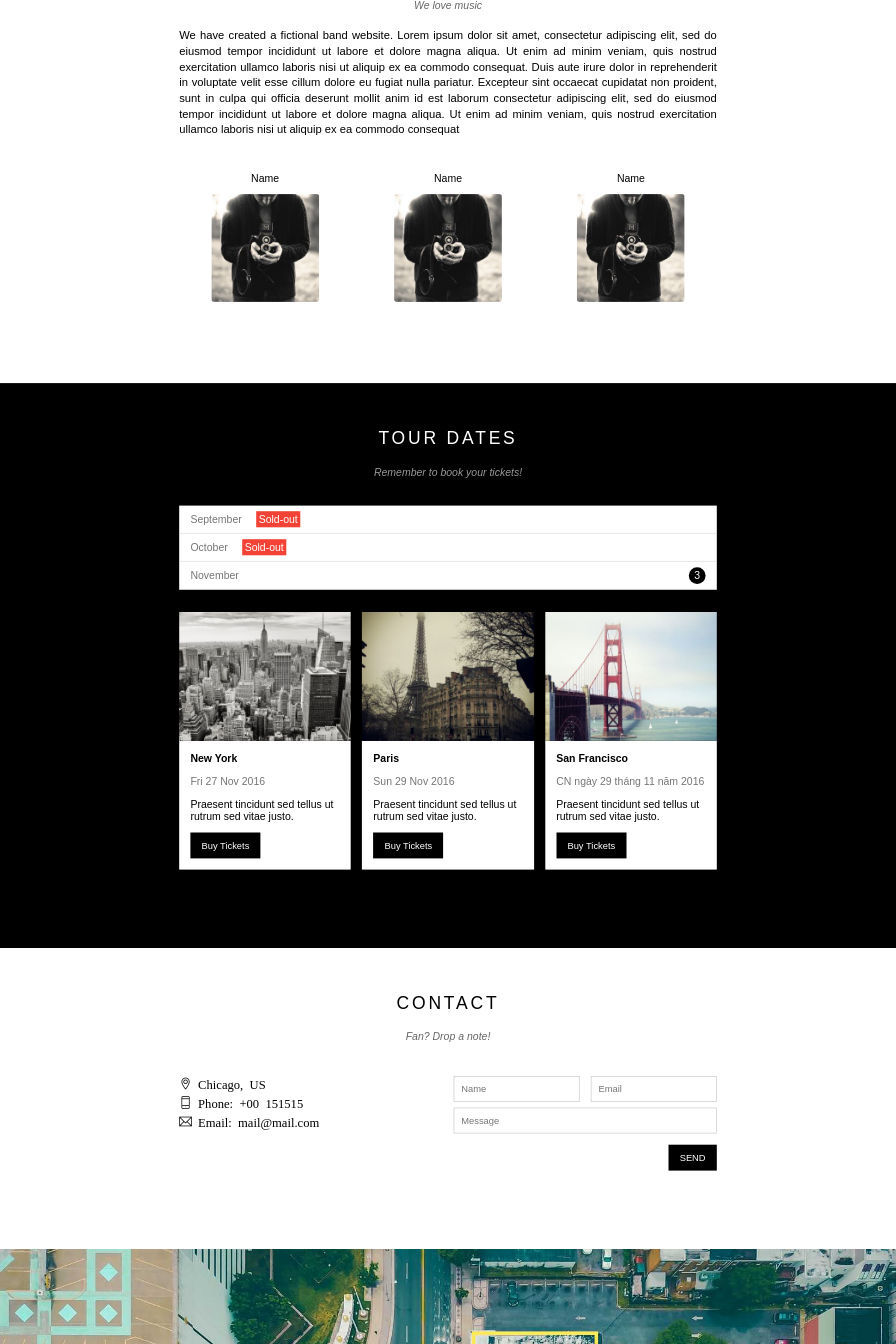
Repository: BillLee2000/w3-band
Page: index.html
An editor plug-in stored every save of this project. The page is shown before and after the next save, followed by the edit.
The browser window is 1280 px wide. The pictures show the part of the page from y = 805 to 2725 px (the page is 3503 px tall before and 3883 px after), at 70% of full size.

Above is the page before, as saved 2021-12-16 06:21:36.

### index.html
<!DOCTYPE html>
<html lang="en">

<head>
    <meta charset="UTF-8">
    <meta http-equiv="X-UA-Compatible" content="IE=edge">
    <meta name="viewport" content="width=device-width, initial-scale=1.0">
    <link rel="icon" href="./assets/favicon/download.jpg" type="image/x-icon" />
    <link rel="stylesheet" href="./assets/css/styles.css">
    <link rel="stylesheet" href="./assets/css/responsive.css">
    <link rel="stylesheet" href="./assets/fonts/themify-icons/themify-icons.css">
    <title>The band</title>
</head>

<body>
    <div id="main">
        <div id="header">
            <ul id="nav">
                <!-- ul#nav>li*5>a -->
                <li><a href="#">Home</a></li>
                <li><a href="#band">Band</a></li>
                <li><a href="#tour">Tour</a></li>
                <li><a href="#contact">Contact</a></li>
                <li>
                    <a href="#">
                        More
                        <i class="down ti-angle-down"></i>
                    </a>
                    <ul class="subnav">
                        <li><a href="#">Merchandise</a></li>
                        <li><a href="#">Extras</a></li>
                        <li><a href="#">Media</a></li>
                    </ul>
                </li>
            </ul>
            <div id="mobile-menu" class="mobile-menu-btn">
                <i class="menu-icon ti-menu"></i>
            </div>
            <div class="search-btn">
                <i class="search-icon ti-search"></i>
            </div>
        </div>
        <div id="slide">
            <div class="text-content">
                <h2 class="text-heading">
                    Chicago
                </h2>
                <div class="text-decsription">
                    Thank you, Chicago - A night we won't forget.
                </div>
            </div>
        </div>
        <div id="content">
            <div id="band" class="content-section">
                <h2 class="section-heading">
                    THE BAND
                </h2>
                <p class="section-sub-heading">
                    We love music
                </p>
                <p class="about-text">
                    We have created a fictional band website. Lorem ipsum dolor sit amet, consectetur adipiscing elit,
                    sed do eiusmod tempor incididunt ut labore et dolore magna aliqua. Ut enim ad minim veniam, quis
                    nostrud exercitation ullamco laboris nisi ut aliquip ex ea commodo consequat. Duis aute irure dolor
                    in reprehenderit in voluptate velit esse cillum dolore eu fugiat nulla pariatur. Excepteur sint
                    occaecat cupidatat non proident, sunt in culpa qui officia deserunt mollit anim id est laborum
                    consectetur adipiscing elit, sed do eiusmod tempor incididunt ut labore et dolore magna aliqua. Ut
                    enim ad minim veniam, quis nostrud exercitation ullamco laboris nisi ut aliquip ex ea commodo
                    consequat
                </p>
                <div class="row nembers-list">
                    <div class="members-item col col-third text-center">
                        <p class="member-name">
                            Name
                        </p>
                        <img src="./assets/img/band/member1.jpg" alt="Name" class="member-img">
                    </div>
                    <div class="members-item col col-third text-center">
                        <p class="member-name">
                            Name
                        </p>
                        <img src="./assets/img/band/member1.jpg" alt="Name" class="member-img">
                    </div>
                    <div class="members-item col col-third text-center">
                        <p class="member-name">
                            Name
                        </p>
                        <img src="./assets/img/band/member1.jpg" alt="Name" class="member-img">
                    </div>
                    <div class="clear"></div>
                </div>
            </div>
            <div id="tour" class="tour-section">
                <div class="content-section">
                    <h2 class="section-heading text-white">
                        TOUR DATES
                    </h2>
                    <p class="section-sub-heading text-white">
                        Remember to book your tickets!
                    </p>
                    <ul class="stickets-list">
                        <li>September <span class="sold-out">Sold-out</span></li>
                        <li>October <span class="sold-out">Sold-out</span></li>
                        <li>November <span class="quantity">3</span></li>
                    </ul>
                    <div class="row places-list">
                        <div class="col col-third s-col-full mt-16">
                            <img src="./assets/img/places/place1.jpg" alt="New York" class="place-img">
                            <div class="place-content">
                                <h3 class="place-heading">
                                    New York
                                </h3>
                                <p class="place-time">
                                    Fri 27 Nov 2016
                                </p>
                                <p class="place-description">
                                    Praesent tincidunt sed tellus ut rutrum sed vitae justo.
                                </p>
                                <button class="btn js-buy-ticket">Buy Tickets</button>
                            </div>
                        </div>
                        <div class="col col-third s-col-full mt-16">
                            <img src="./assets/img/places/place2.jpg" alt="New York" class="place-img">
                            <div class="place-content">
                                <h3 class="place-heading">
                                    Paris
                                </h3>
                                <p class="place-time">
                                    Sun 29 Nov 2016
                                </p>
                                <p class="place-description">
                                    Praesent tincidunt sed tellus ut rutrum sed vitae justo.
                                </p>
                                <button class="btn js-buy-ticket">Buy Tickets</button>
                            </div>
                        </div>
                        <div class="col col-third s-col-full mt-16">
                            <img src="./assets/img/places/place3.jpg" alt="New York" class="place-img">
                            <div class="place-content">
                                <h3 class="place-heading">
                                    San Francisco
                                </h3>
                                <p class="place-time">
                                    CN ngày 29 tháng 11 năm 2016
                                </p>
                                <p class="place-description">
                                    Praesent tincidunt sed tellus ut rutrum sed vitae justo.
                                </p>
                                <button class="btn js-buy-ticket">Buy Tickets</button>
                            </div>
                        </div>
                        <div class="clear"></div>
                    </div>
                </div>
            </div>
            <div id="contact" class="content-section">
                <h2 class="section-heading">
                    CONTACT
                </h2>
                <p class="section-sub-heading">
                    Fan? Drop a note!
                </p>
                <div class="row contact-content">
                    <div class="col col-half contact-info">
                        <p><i class="ti-location-pin"> Chicago, US</i></p>
                        <p><i class="ti-mobile"> Phone: +00 151515</i></p>
                        <p><i class="ti-email"> Email: mail@mail.com</i></p>
                    </div>
                    <div class="col col-half contact-form">
                        <form action="">
                            <div class="row">
                                <div class="col col-half">
                                    <input placeholder="Name" type="text" name="" required id="" class="form-control">
                                </div>
                                <div class="col col-half">
                                    <input placeholder="Email" type="email" name="" required id="" class="form-control">
                                </div>

                            </div>
                            <div class="row mt-8">
                                <div class="col col-full">
                                    <input placeholder="Message" type="text" name="" required id=""
                                        class="form-control">
                                </div>
                            </div>
                            <input class="btn mt-16 pull-right" type="submit" value="SEND">
                        </form>
                    </div>
                </div>
            </div>
            <div class="map-section">
                <img src="./assets/img/map.jpg" alt="map">
            </div>

        </div>
        <div id="footer">
            <div class="social-list">
                <a href=""><i class="ti-facebook"></i></a>
                <a href=""><i class="ti-instagram"></i></a>
                <a href=""><i class="ti-youtube"></i></a>
                <a href=""><i class="ti-pinterest"></i></a>
                <a href=""><i class="ti-twitter"></i></a>
                <a href=""><i class="ti-linkedin"></i></a>
            </div>
            <p class="copyright">Powered by <a href="">w3.css</a></p>
        </div>
        <div class="modal js-modal">
            <div class="modal-container js-modal-container">
                <div class="modal-close js-modal-close">
                    <i class="ti-close"></i>
                </div>
                <header class="modal-header">
                    <i class="modal-heading-icon ti-bag"></i>
                    Tickets
                </header>
                <div class="modal-body">
                    <label for="tickets-quantity" class="modal-tickets">
                        <i class="ti-shopping-cart"></i>
                        Tickets, $15 per person
                    </label>
                    <input type="text" id="tickets-quantity" class="modal-input" placeholder="How many?">
                    <label for="tickets-email" class="modal-tickets">
                        <i class="ti-user"></i>
                        Send to
                    </label>
                    <input id="tickets-email" type="email" class="modal-input" placeholder="Enter email...">
                    <button id="buy-tickets">
                        Pay <i class="ti-check"></i>
                    </button>
                </div>
                <footer class="modal-footer">
                    <p class="modal-help">Need <a href="" class="">help?</a></p>
                </footer>
            </div>
        </div>
    </div>
    <script>
        const buyBtns = document.querySelectorAll('.js-buy-ticket') /* Lấy 3 giá trị của nut buy tickets đẩy vào buyBtns */
        const modal = document.querySelector('.js-modal') /* thêm class modal vào hằng */
        const modalClose = document.querySelector('.js-modal-close')
        const modalConainer = document.querySelector('.js-modal-container')
        function showBuyTicket() {
            /*  alert("Show") */ /* bật lên hộp thoại */
            modal.classList.add('open') /* add thêm class open vào sau modal bật của sổ hiển thị lên */
        }
        function hideBuyTicket() {
            /*  alert("Show") */ /* bật lên hộp thoại */
            modal.classList.remove('open') /* remove class open vào sau modal close để đóng cửa sổ hiển thị */
        }
        for (const buyBtn of buyBtns) {/* Vòng lặp cho từng nút(button) chạy 3 lần */
            buyBtn.addEventListener('click', showBuyTicket)/* Khi click vào ô buyTickKets sẽ chuyển đến hàm show.. */
        }
        modalClose.addEventListener('click', hideBuyTicket)
        modal.addEventListener('click', hideBuyTicket)
        modalConainer.addEventListener('click', function (event) {
            event.stopPropagation() //ngừng event nổi bọt lại
        })
    </script>
    <script>
        var header = document.getElementById('header');
        var mobileMenu = document.getElementById('mobile-menu');
        /* console.log(mobileMenu) */
        var headerHeight = header.clientHeight;
        // Dong mo mobile menu
        mobileMenu.onclick = function (){
            /* alert('Thong Bao'); */
            var isClosed = header.clientHeight === headerHeight;
            if (isClosed) {
                header.style.height = 'auto';
            }else{
                header.style.height = null;
            }
        }
        //tu dong dong khi chon menu
        var menuItems = document.querySelectorAll('#nav li a[href*="#"]');
        /* console.log(menuItems); */
        for (var i = 0;i<menuItems.length;i++){
            var menuItem = menuItems[i];
            menuItem.onclick = function(event){
                var isParentMenu = this.nextElementSibling && this.nextElementSibling.classList.contains('subnav');
                if(isParentMenu){
                    event.preventDefault();
                }else{
                    header.style.height = null;
                }
            }
        }
    </script>
</body>

</html>

### assets/css/styles.css
/* reset css */

* {
    padding: 0;
    margin: 0;
    box-sizing: border-box;
}

html {
    scroll-behavior: smooth; /* //hành động cuộn */
    font-family: Arial, Helvetica, sans-serif;
    /* font chu in dam */
}

#main {}

.text-white{
    color: #fff !important;
}
.row{
    margin-left: -8px;
    margin-right: -8px;
}
.row::after {
    content: "";
    display: block;
    clear: both;
}
.mt-8{
    margin-top: 8px !important;
}
.mt-16{
    margin-top: 16px !important;
}
.col {
    float: left;
    padding-left: 8px;
    padding-right: 8px;
}
.col-half{
    width: 50%;
}
.col-third{
    width: 33.33333%;
}
.col-full {
    width: 100%;
}
.text-center {
    text-align: center !important;
}

#header {
    height: 46px;
    background-color: black;
    position: fixed;
    top: 0;
    left: 0;
    right: 0;
    z-index: 1;
}
#header .mobile-menu-btn {
    position: absolute;
    top: 0;
    right: 0;
    display: none;
}
#header .mobile-menu-btn,
#header .search-btn {
    float: right;
    padding: 0 21px;
}
#header .mobile-menu-btn:hover {
    background-color: #ccc;
}
#header .mobile-menu-btn:hover .menu-icon {
    color: #000;
}
#header .search-btn:hover {
    background-color: #f44336;
    cursor: pointer;
}
#header .menu-icon,
#header .search-icon {
    color: #fff;
    line-height: 46px;
}

#nav {
    display: inline-block;
}

#nav>li {
    display: inline-block;
}

#nav li {
    position: relative;
}

#nav .down {
    font-size: 14px;
}

#nav>li>a {
    color: #fff;
    text-transform: uppercase;
}

#nav li a {
    text-decoration: none;
    line-height: 46px;
    padding: 0 24px;
    display: block;
}

#nav .subnav li:hover a,
#nav>li:hover>a {
    color: #000;
    background-color: #ccc;
}

#nav li:hover .subnav {
    display: block;
}

#nav,
.subnav {
    list-style-type: none;
    /* bor dau cham dau dong */
}

#nav .subnav {
    display: none;
    min-width: 160px;
    top: 100%;
    left: 0;
    position: absolute;
    background-color: #fff;
    box-shadow: 0 0 10px rgba(0, 0, 0, 0.3);
}

#nav .subnav a {
    color: #000;
    padding: 0 12px;
    line-height: 38px;
}

#slide {
    margin-top: 46px;
    padding-top: 50%;
    background: url("/assets/img/slider/slider1.jpg") top center / cover no-repeat;
    position: relative;
}

#slide .text-content {
    color: #fff;
    position: absolute;
    left: 50%;
    bottom: 47px;
    transform: translate(-50%);
    /* Cách 1 */
    /* Width: 100%; */
    /* cach 2 */
    /* Cách 3: left: 0; right: 0; */
    text-align: center;
}

#slide .text-heading {
    font-size: 24px;
    font-weight: 500;
}

#slide .text-decsription {
    font-size: 15px;
    margin-top: 25px;
}
.pull-right {
    float: right !important;
}
.btn{
    color: #fff;
    background-color: #000;
    text-decoration: none;
    padding: 11px 16px;
    display: inline-block;
    margin-top: 15px;
    border: none;
}
.btn:hover {
    cursor: pointer;
    color: #000;
    background-color: #ccc;
}

#content {}

#content .content-section{
    width: 800px;
    max-width: 100%;
    padding: 64px 0 112px;
    margin-left: auto;
    margin-right: auto;
    padding-left: 16px;
    padding-right: 16px;
}
#content .section-heading{
    font-weight: 500;
    text-align: center;/* Can giua */
    font-size: 25px;
    letter-spacing: 4px;/* Khoảng cách các chữ cái */
}
#content .section-sub-heading{
    text-align: center;
    margin-top: 25px;
    font-size: 15px;
    font-style: italic;
    opacity: 0.6;/* Giam 40% đô đậm của chữ */
}
#content .about-text {
    margin-top: 25px;
    text-align: justify;
    line-height: 1.4;
}
#content .nembers-list{
    margin-top: 48px;
}
/* #content .member-item { */
    /* float: left; */
    /* width: calc(100% / 3); */
   /*  width: 33.333333%; */
    /* text-align: center; */
/* } */
#content .member-name{
    font-size: 15px;
}
#content .member-img{
    margin-top: 15px;
    width: 154px;
    border-radius: 4px;
    overflow: hidden;/* Xóa font float:left; */
}
#content .clear{
    clear: both;
}
#content .tour-section{
    background-color: #000;

}
.stickets-list{
    background-color: #fff;
    margin-top: 40px;
    list-style: none;
}
.stickets-list li{
    font-size: 15px;
    padding: 11px 16px;
    border-bottom:  1px solid #ddd;
    color: #757575;
}
.stickets-list .sold-out {
    background-color: #f44336;
    padding: 3px 4px;
    color: #fff;
    margin-left: 16px;
}
.stickets-list .quantity{
    float: right;
    width: 24px;
    height: 24px;
    color: #fff;
    text-align: center;
    line-height: 24px;
    background-color: #000;
    border-radius: 50%;
    margin-top: -3px;
}

.tour-section .places-list{
    margin-top: 16px;
}

.tour-section .place-img{
    width: 100%;
    display: block;
}
.tour-section .place-img:hover{
    opacity: 0.6;
}
.tour-section .place-content{
    background-color: #fff;
    padding: 16px;
    font-size: 15px;
}
.tour-section .place-heading{
    font-weight: 600;
    font-size: 15px;
}
.tour-section .place-time{
    margin-top: 16px;
    color: #757575;
}
.tour-section .place-description{
    margin-top: 16px;
}
.contact-content{
    margin-top: 48px;
}
.contact-form {
    font-size: 15px;
}
.contact-content .contact-info{
    font-size: 18px;
    line-height: 1.5;
}
.contact-form .form-control {
    padding: 10px;
    border: 1px solid #ccc;
    width: 100%;
    outline: none;
}
.contact-info i[class*="ti-"] {
    width: 30px;
}

#footer {}

.modal {
    position: fixed;
    top: 0;
    left: 0;
    right: 0;
    bottom: 0;
    background: rgba(0, 0, 0, 0.4);
    display: none;
    align-items: center;
    justify-content: center;

}

.modal.open {
    display: flex;
}

.modal-container{
    width: 900px;
    min-height: 200px;
    background-color: #fff;
    position: relative;
    max-width: calc(100% - 32px);
    animation: modalFadeIn ease 0.5s;
}
.modal .modal-close{
    position: absolute;
    right: 0;
    top: 0;
    color: #fff;
    padding: 12px;
    cursor: pointer;
    opacity: 0.8;
}
.modal-close:hover{
    opacity: 1;
    background-color: #ccc;
}
.modal .modal-header{
    background-color: #009688;
    height: 130px;
    display: flex;
    align-items: center;
    justify-content: center;
    font-size: 30px;
    color: #fff;
}
.modal-body{
    padding: 16px;
}
.modal-tickets{
    display: block;
    font-size: 15px;
    margin-bottom: 15px;
}
.modal-input{
    border: 1px solid #ccc;
    width: 100%;
    padding: 10px;
    font-size: 15px;
    margin-bottom: 24px;
}
.modal-heading-icon{
    margin-right: 16px;
}
#buy-tickets{
    color: #fff;
    background: #009688;
    border: none;
    width: 100%;
    font-size: 15px;
    text-transform: uppercase;
    padding: 18px;
}
#buy-tickets:hover {
    cursor: pointer;
    opacity: 0.9;
}
.map-section img {
    width: 100%;
}
#footer {
    padding: 64px 16px;
    text-align: center;
}
#footer .social-list {
    font-size: 24px;
}
#footer .social-list a {
    color: rgba(0 ,0 ,0 ,0.6);
    text-decoration: none;
}
#footer .copyright a:hover,
#footer .social-list a:hover {
    color: rgba(0 ,0 ,0 ,0.4);
}
#footer .copyright {
    margin-top: 15px;
    color: rgba(0 ,0 ,0 ,0.6);
}
.modal-footer {
    padding: 16px;
    text-align: right;
}
.modal-footer a {
    color: #2196F3;
}
@keyframes modalFadeIn{
    from {
        opacity: 0;
        transform: translateY(-140px);
    }
    to{
        opacity: 1;
        transform: translateY(0);
    }
}
/* PC */
@media(min-width: 1024px){

}
/* Tablet */
@media (min-width: 740px) and (max-width:1023px){

}
@media(max-width: 740px){

}

### assets/css/responsive.css
/* PC */
@media(min-width: 1024px){

}
/* Tablet */
@media (min-width: 740px) and (max-width:1023px){

}
/* Mobile */
@media(max-width: 740px){
    .s-col-full {
        width: 100%;
    }
    #nav {
        display: block;
    }
    #nav>li {
        display: block;
    }
    #nav li a {
        padding: 1px 24px;
    }
    #nav > li:first-child {
        display: inline-block;
    }
    #nav .subnav {
        position: initial;
        background-color: #333;
    }
    #content .members-item {
        margin-top: 30px;
        width: 100%;
    }
    #content .member-img {
        width: 60%;
    }
    #content .about-text {

    }
    #nav .subnav a {
        color: #fff;
        padding: 5px 41px;
    }
    #header {
        overflow: hidden;
    }
    #header .mobile-menu-btn {
        display: block;
    }
    #header .search-btn {
        display: none;
    }

}

Loaded but not shown: assets/fonts/themify-icons/themify-icons.css (common file)

After the next save:
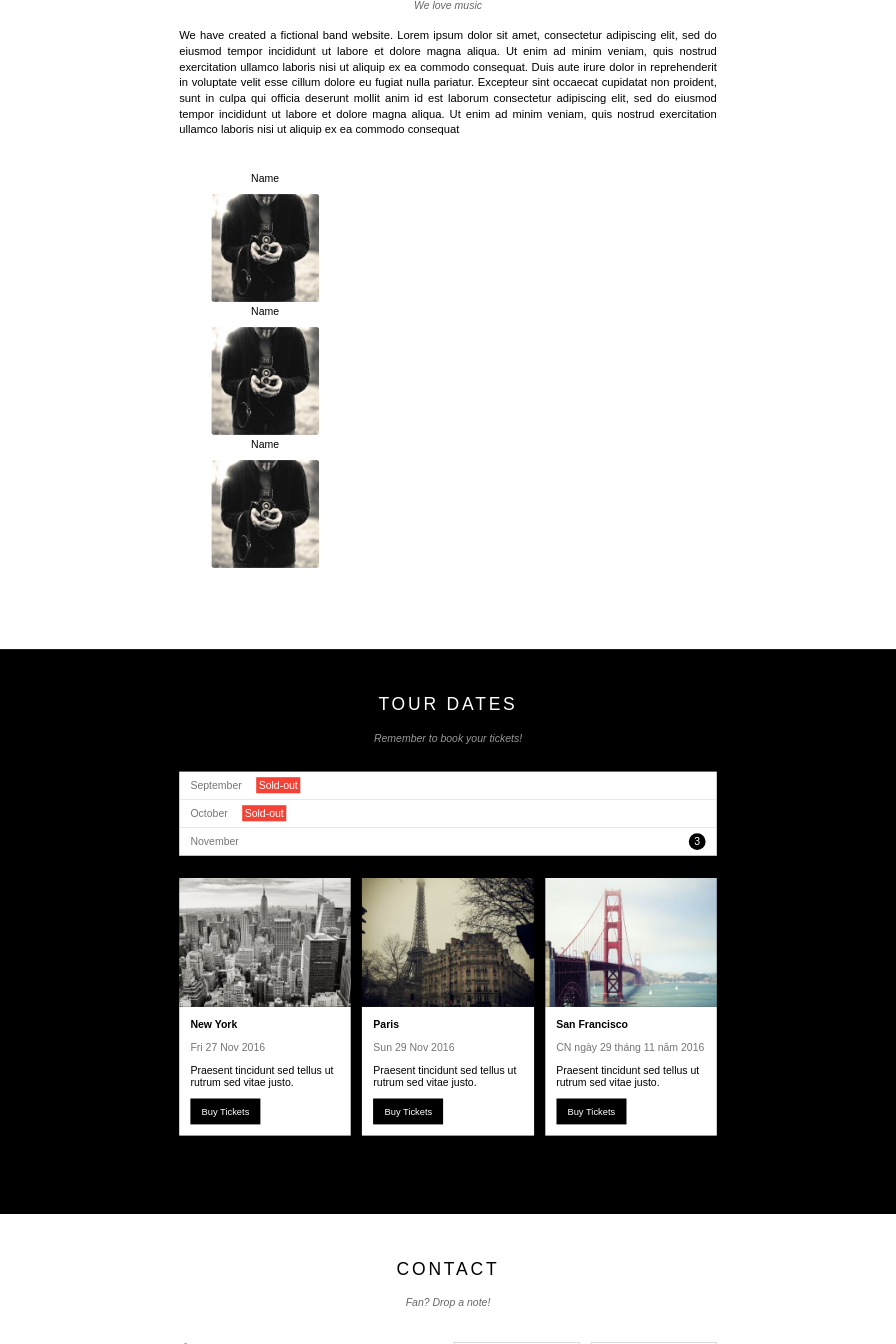
Saved 78 s later.
--- a/index.html
+++ b/index.html
@@ -69,19 +69,19 @@
                     consequat
                 </p>
                 <div class="row nembers-list">
-                    <div class="members-item col col-third text-center">
+                    <div class="col col-third text-center">
                         <p class="member-name">
                             Name
                         </p>
                         <img src="./assets/img/band/member1.jpg" alt="Name" class="member-img">
                     </div>
-                    <div class="members-item col col-third text-center">
+                    <div class="mcol col-third text-center">
                         <p class="member-name">
                             Name
                         </p>
                         <img src="./assets/img/band/member1.jpg" alt="Name" class="member-img">
                     </div>
-                    <div class="members-item col col-third text-center">
+                    <div class="col col-third text-center">
                         <p class="member-name">
                             Name
                         </p>
